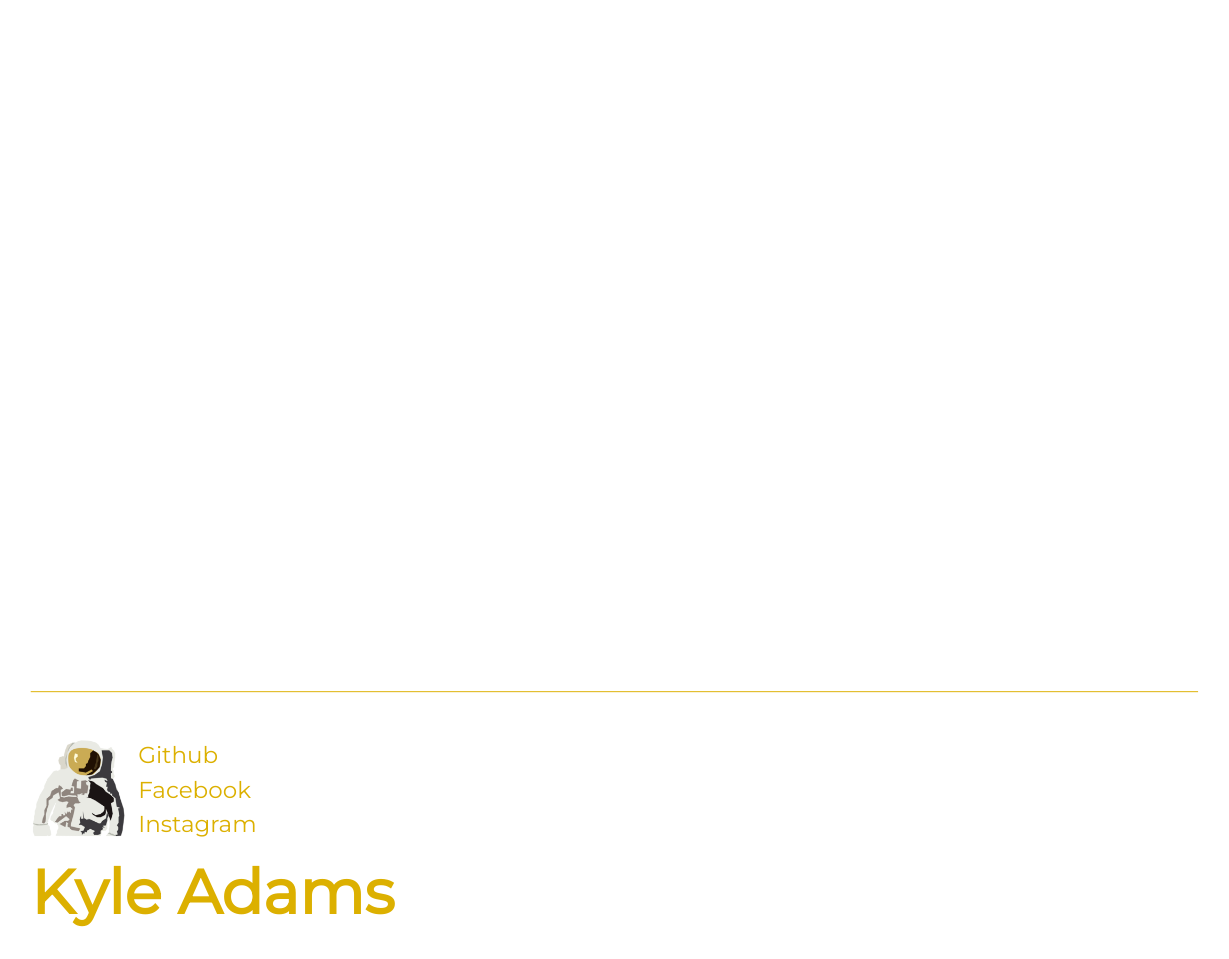
Repository: neomort/CL-portfolio-site
Page: /Portfolio
These files come from the project's save history. The page is drawn as it stood at one moment and after the next save; the edit follows.
The browser window is 1280 px wide. The pictures show the whole page, at 96% of full size.
The project was rebuilt for these pictures with package versions that can differ from the ones it lists, and the page was loaded fresh each time. The framework's server and built-in components were replaced by stand-ins that run in the browser. Also part of the build but not shown: next.config.js.

Above is the page before, as saved 2021-12-14 15:15:54.

After the next save:
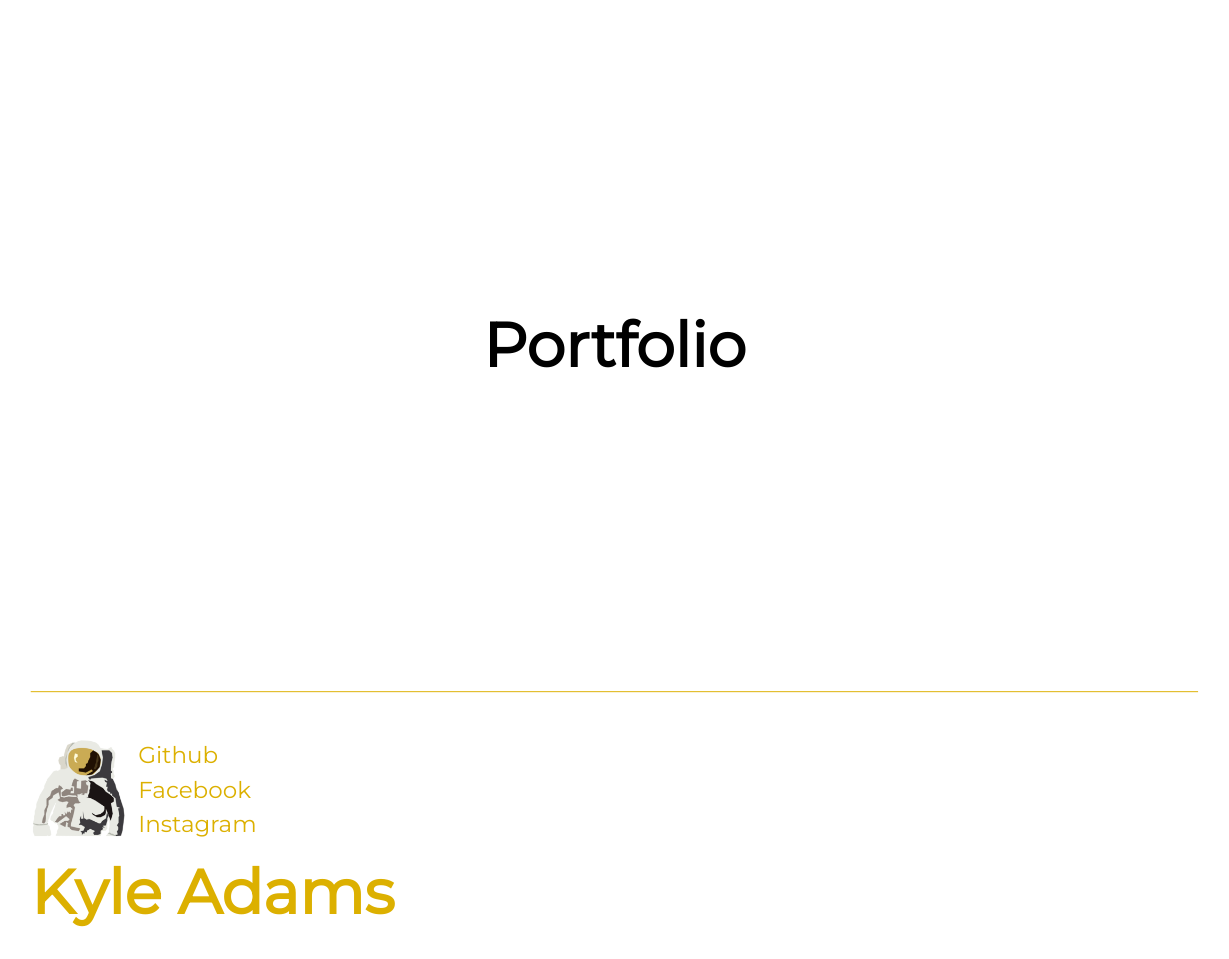
Saved 29 s later.
--- a/pages/Portfolio/index.js
+++ b/pages/Portfolio/index.js
@@ -12,7 +12,9 @@ export default function Home() {
       </Head>
 
       <main className={styles.main}>
-
+      <h1 className={styles.title}>
+          Portfolio
+        </h1>
       </main>
 
       <footer className={styles.footer}>
